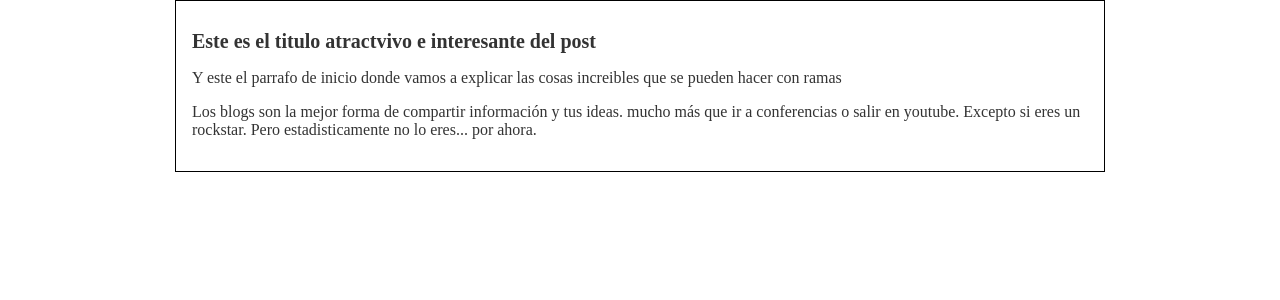
Repository: Areinomora/hiperblog
Page: blogpost.html
An editor plug-in stored every save of this project. The page is shown before and after the next save, followed by the edit.
The browser window is 1280 px wide. The pictures show the whole page.

Above is the page before, as saved 2022-12-22 10:19:13.

After the next save:
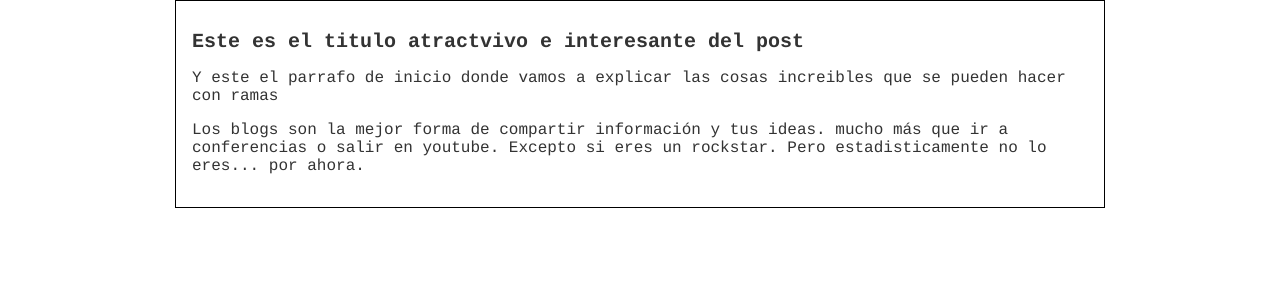
Saved 2 min 13 s later.
--- a/css/estilos.css
+++ b/css/estilos.css
@@ -2,7 +2,7 @@ body
 {
     color:#333;
     text-align:center;
-    font-family:"curier";
+    font-family:"courier";
     font-size: 16 px;
     padding: 0;
     margin: 0;
